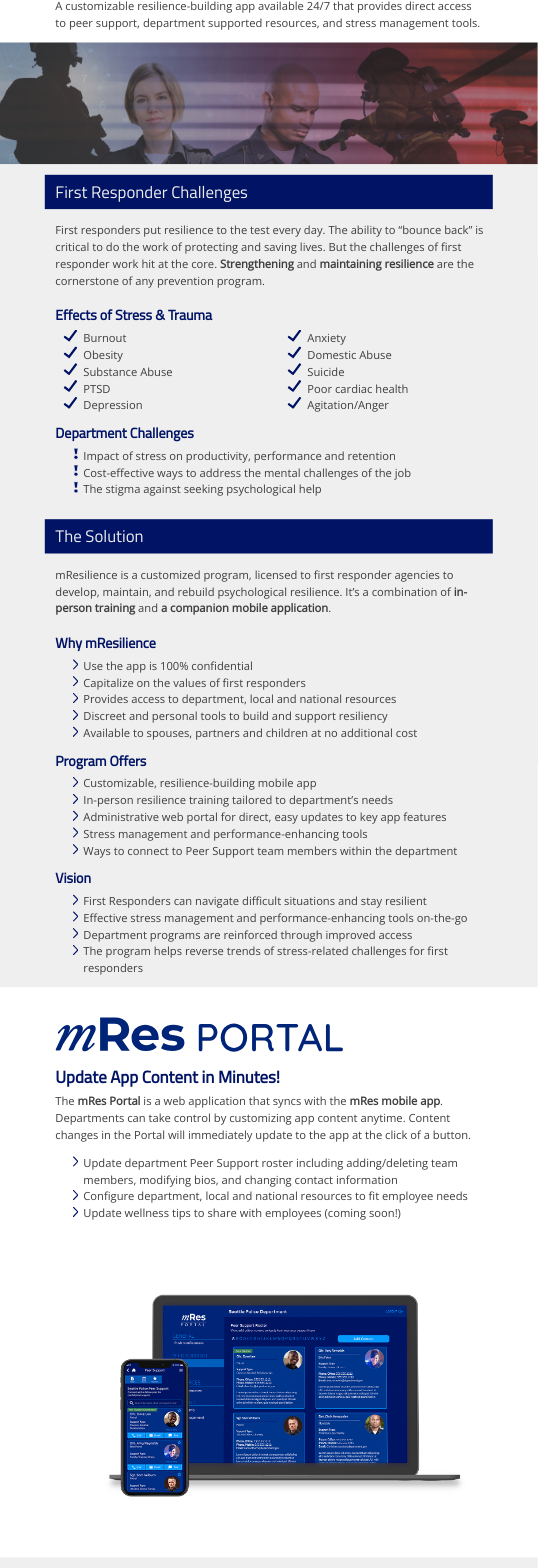
Repository: shenjune/mResilienceWebsite
Page: index.html
An editor plug-in stored every save of this project. The page is shown before and after the next save, followed by the edit.
The browser window is 768 px wide. The pictures show the part of the page from y = 724 to 2964 px (the page is 4104 px tall before and 4080 px after), at 70% of full size.
Some web libraries are served in a nearby version.

Above is the page before, as saved 2019-11-17 16:55:29.

### index.html
<!doctype html>
<html lang="en">

<head>
	<title>TIAG mResilience</title>
	<!-- Required meta tags -->
	<meta charset="utf-8">
	<meta name="viewport" content="width=device-width, initial-scale=1, shrink-to-fit=no">

	<!-- NOTE: moved reset to before all other stylesheets -->
	<link rel="reset" href="./Assets/reset.css">

	<!-- Google Fonts -->
	<link href="https://fonts.googleapis.com/css?family=Titillium+Web&display=swap" rel="stylesheet">
	<link href="https://fonts.googleapis.com/css?family=Open+Sans&display=swap" rel="stylesheet">

	<!-- Bootstrap CSS -->
	<link rel="stylesheet" href="https://stackpath.bootstrapcdn.com/bootstrap/4.3.1/css/bootstrap.min.css" integrity="sha384-ggOyR0iXCbMQv3Xipma34MD+dH/1fQ784/j6cY/iJTQUOhcWr7x9JvoRxT2MZw1T" crossorigin="anonymous">

	<!-- Font Awesome CSS Icons (For cool glyphicons) -->
	<link rel="stylesheet" href="https://maxcdn.bootstrapcdn.com/font-awesome/4.5.0/css/font-awesome.min.css" />

	<!-- CSS Stylesheet -->
	<!-- NOTE: removed `media="screen"` attribute below since there's only one custom stylesheet -->
	<link rel="stylesheet" href="./Assets/style.css"/>

</head>

<body>
<!-- 01 Nav -->

	<nav class="navbar navbar-expand-lg nav-bg-color navbar-light navbar-default">
		<a class="navbar-brand" href="#">
			<img class="img-fluid" src="Assets/Images/mResFullLogo1.svg" alt="mResilience Logo" class="img-fluid">
		</a>
		<button class="navbar-toggler ml-auto" type="button" data-toggle="collapse" data-target="#navbarSupportedContent" aria-controls="navbarSupportedContent" aria-expanded="false" aria-label="Toggle navigation">
			<span class="navbar-toggler-icon"></span>
		</button>

		<!--Start of NavBar links-->
		<section class="collapse navbar-collapse titillium-font" id="navbarSupportedContent">
			<ul class="navbar-nav ml-auto">
			<!--NavBar Main Link-->
				<li class="nav-item">
					<a class="nav-link" href="#main">
						<span class="secondFont">Main</span>
						<span class="sr-only">(current)</span>
					</a>
				</li>
				<!--NavBar Why Link-->
				<li class="nav-item">
					<a class="nav-link" href="#why">
						<span class="secondFont">The Why</span>
					</a>
				</li>
				<!--NavBar Features Link-->
				<li class="nav-item">
					<a class="nav-link" href="#portal-section">
						<span class="secondFont">Features</span>
					</a>
				</li>
				<!--NavBar Contact Link-->
				<li class="nav-item">
					<a class="nav-link" href="#back-form">
						<span class="secondFont">Contact</span>
					</a>
				</li>
				<!--NavBar About Link-->
				<li class="nav-item">
					<a class="nav-link" href="#about">
						<span class="secondFont">About</span></a>
				</li>
				<!--NavBar Facebook Link-->
				<li class="nav-item" id="nav-fb">
					<a href="https://www.facebook.com/mresilience/" target="_blank" class="nav-link">
						<img class="img-fluid"src="Assets/Images/Facebook.svg" alt="facebook logo">
					</a>
				</li>
				<!--NavBar TIAG Link to www.tiag.net-->
				<li class="nav-item" id="nav-tiag">
					<a href="http://tiag.net" target="_blank" class="nav-link">
						<img class="img-fluid" src="Assets/Images/TIAGlogo.svg" height="25Spx" alt="TIAG logo">
					</a>
				</li>
			</ul>
		</section>
	</nav>

	<!-- 02 Main (Splash section) -->
	<section id="splash">
		<section class="row" id="splash-row1">
			<section class="col-lg-7 ml-auto col-sm-12">
				<img class= "img-fluid" src="Assets/Images/01MainPhone.png" id="mainPhone">
			</section>
			<section class="col-lg-5 ml-auto ">
				<!-- Beginning header image and opening paragraph -->
				<img class= "img-fluid" src="Assets/Images/mResLogo.svg" alt="mResLogo" id="mResLogo">
				<h2 class="leadInHeading">
					Mobile App for First Responders
				</h2>
				<p id="leadText">A customizable resilience-building app available 24/7 that provides direct access to peer support, department supported resources, and stress management tools.</p>
			</section>
		</section>
		<section class="row" id="mainBottomImage">
			<img class= "img-fluid" src="Assets/Images/02MainFooterImage.png" id="mainBottomImage" alt="first responders">
		</section>
	</section>

	<main>
		<!-- 03 The Why -->
		<section id="why" class="row">
			<section class="col-12" id="3A">
				<!-- 03A: First Responder Challenges section-->
				<section class="row" id="challengesHeader">
					<h2 class="invert">First Responder Challenges</h2>
				</section>

				<!-- 03A: First Responder Challenges text -->
				<section class="row" id="challengeStatement">
					<p class="whyStatements">First responders put resilience to the test every day. The ability to “bounce back” is critical to do the work of protecting and saving lives. But the challenges of first responder work hit at the core. <strong>Strengthening</strong> and <strong>maintaining resilience</strong> are the cornerstone of any prevention program.</p>
				</section>

				<!-- 03A: Bullet Points -->
				<section class="row" id="titles">
					<!-- STRESS SECTION -->
					<section class="col-lg-6 col-sm-12" id="stressSubHeader">
						<h3 class= "secondFont">Effects of Stress & Trauma</h3>
						<!-- STRESS PTS -->
						<section class="row">
						<!-- STRESS BULLET POINTS I-->
							<section class="col-6" >
								<ul class="checkBullets">
									<li>Burnout</li>
									<li>Obesity</li>
									<li>Substance Abuse</li>
									<li>PTSD</li>
									<li>Depression</li>
								</ul>
							</section>
					<!-- STRESS BULLET POINTS PT II-->
							<section class="col-6" >
								<ul class="checkBullets">
									<li>Anxiety</li>
									<li>Domestic Abuse</li>
									<li>Suicide</li>
									<li>Poor cardiac health</li>
									<li>Agitation/Anger</li>
								</ul>
							</section>
						</section>
					</section>

					<!-- DEPARTMENT SECTION -->
					<section class="col-lg-6 col-sm-12" id="challengesSubHeader">
						<h4 class= "secondFont">Department Challenges</h4>
						<section class="row">
						<!-- DEPARTMENT PTS -->
							<section class="col-12" id="challengebullets">
								<ul class= "exPt">
									<li>Impact of stress on productivity, performance and retention</li>
									<li>Cost-effective ways to address the mental challenges of the job</li>
									<li>The stigma against seeking psychological help</li>
								</ul>
							</section>
						</section>
					</section>
				</section>
			</section>

			<!--03B: The Solution Section-->
			<section class="col-12 greyBackground" id="solutionSection">
				<!-- Solution Title -->
				<section class="row" id="solutionHeader">
					<h4 class="invert">The Solution</h4>
				</section>

				<!-- Solution Statement -->
				<section class="row" id="solutionStatement">
					<p class="whyStatements">mResilience is a customized program, licensed to first responder agencies to develop, maintain, and rebuild psychological resilience. It’s a combination of <strong>in-person training</strong> and <strong>a companion mobile application</strong>.</p>
				</section>

				<!-- Solution Bullet Points -->
				<section class="row" id="titles2">
					<section class="col-lg-6 ml-auto col-sm-12" id="whymResSubHeader">
						<h4 class="secondFont">Why mResilience</h4>
						<ul class="arrow" id="whyBullets">
							<li>Use the app is 100% confidential</li>
							<li>Capitalize on the values of first responders</li>
							<li>Provides access to department, local and national resources</li>
							<li>Discreet and personal tools to build and support resiliency</li>
							<li>Available to spouses, partners and children at no additional cost</li>

						</ul>
					</section>

				<!-- <section id="programOffers"> -->
					<section class="col-lg-6 ml-auto col-sm-12" id="programSubHeader">
						<h4 class="secondFont">Program Offers</h4>
						<ul class="arrow" id="offerBullets">
							<li>Customizable, resilience-building mobile app</li>
							<li>In-person resilience training tailored to department’s needs</li>
							<li>Administrative web portal for direct, easy updates to key app features</li>
							<li>Stress management and performance-enhancing tools</li>
							<li>Ways to connect to Peer Support team members within the department</li>
						</ul>
					</section>
				</section>

				<!-- Vision Bullet Points -->
				<!-- need to add align left to this section -->
				<section class="row">
					<section class="col-lg-6 col-sm-12" id="visionSubheader">
						<h4 class="secondFont">Vision</h4>
						<ul class="arrow">
							<li>First Responders can navigate difficult situations and stay resilient</li>
							<li>Effective stress management and performance-enhancing tools on-the-go</li>
							<li>Department programs are reinforced through improved access</li>
							<li>The program helps reverse trends of stress-related challenges for first responders</li>
						</ul>
					</section>
				</section>
			</section>
		</section>

		<!-- 04 PORTAL section -->
		<section id="portal-section" class="row">
			<!-- section for the portal text -->
			<section class="col-lg-6 ml-auto col-sm-12">
				<img class="img-fluid" id="portallogo" src="Assets/Images/portallogo2.svg"  alt="mResLogo">
				<h2 class= "leadInHeading">Update App Content in Minutes!</h2>
				<p class="portalP">The <strong>mRes Portal</strong> is a web application that syncs with the <strong>mRes mobile app</strong>. Departments can take control by customizing app content anytime. Content changes in the Portal will immediately update to the app at the click of a button.</p>

				<ul class="arrow">
					<li>Update department Peer Support roster including adding/deleting team members, modifying bios, and changing contact information</li>
					<li>Configure department, local and national resources to fit employee needs</li>
					<li>Update wellness tips to share with employees (coming soon!)</li>
				</ul>
			</section>

		<!-- section for the Feature images -->
			<section class="col-lg-6 ml-auto col-sm-12">
				<img class="img-fluid" id='portalImg' src="Assets/Images/portal.png" alt="laptop with mobile app in front of it">
			</section>
		</section>

		<!---- 05 Contact Form ---->
		<section id="contactFormInfo" class="row">
			<section class="col-lg-6 ml-auto col-sm-12" id="contactInfo">
				<h2 class="leadInHeading">Interested in a Demo? Let’s Do It!</h2>
				<p class= "contactFormParagraph">Our team is excited to demonstrate our mobile resilience program and discuss how it may fit your department needs. Please complete the brief contact form and we will reach out to coordinate a time to connect. Feel free to provide any details about your department and any specific needs you would like to discuss.</p>
			</section>

			<form class= "col-lg-6 ml-auto col-sm-12" id="contact-form">
			<!-- INPUT SECTION -->
			<section class="form-group" >
				<!-- Department input -->
				<input type="text" class="form-control input-border" id="user-dept" placeholder="Agency/Department">

				<!-- First name input -->
				<input type="text" class="form-control input-border" id="user-name" placeholder="First Name">

				<!-- Last name input -->
				<input type="text" class="form-control input-border" id="user-last-name" placeholder="Last name">

				<!-- Email input -->
				<input type="email" class="form-control input-border" id="user-email" placeholder="Email">

				<!-- Notes input -->
				<label for="message"></label>
				<textarea class="col-lg-12" id="message" name="message" required="required" placeholder="notes"></textarea>

				<!-- Submit button -->
					<button type="submit" class="btn btn-primary" id="send">submit</button>
				</section>
			</form>
		</section>

		<!--06 About TIAG goes here-->
		<section id="about" class="row">
			<h2 class="leadInHeading">
				<strong>Who are we?</strong>  We build technologies that work.
			</h2>
			<p id ="whoWeAreP">We are a team of innovators. With 20 years’ worth of experience TIAG has developed a leading reputation in researching, designing and developing resilience-based technology products for the military, government and most recently, the first responder communities. Our staff are experts comprising program and project managers, subject matter experts, researchers, designers and developers. Collectively, we bring a comprehensive approach to advising and creating relevant resilience-based technology services, programs and products.</p>
			<h2 class="leadInHeading">
				<strong>Have ideas?</strong> Come innovate with us!
			</h2>
			<p id="haveIdeasP">Our resilience program is just the beginning and is rapidly evolving. Creating first responder-focused resilience solutions does not happen without collaboration with those who protect our communities. Do you have ideas to evaluate resilience? Want to create a digital tool or feature to help your department or agency thrive? We want to work with you.</p>
			<br>
		</section>
	</main>

	<!-- FOOTER FOR THE WEBSITE -->
	<footer class="footer row" id="footer-row">
		<!-- footer conditions in Javascript will reference this section -->
	</footer>

	<!-- Optional JavaScript -->
	<!-- jQuery first, then Popper.js, then Bootstrap JS -->
	<script src="https://code.jquery.com/jquery-3.1.1.min.js"></script>
	<script src="https://cdnjs.cloudflare.com/ajax/libs/twitter-bootstrap/4.0.0/js/bootstrap.bundle.min.js"></script>

	<!-- commented out to make nytimes api work -->
	<!-- <script src="https://code.jquery.com/jquery-3.3.1.slim.min.js" integrity="sha384-q8i/X+965DzO0rT7abK41JStQIAqVgRVzpbzo5smXKp4YfRvH+8abtTE1Pi6jizo" crossorigin="anonymous"></script> -->
	<script src="https://cdnjs.cloudflare.com/ajax/libs/popper.js/1.14.7/umd/popper.min.js" integrity="sha384-UO2eT0CpHqdSJQ6hJty5KVphtPhzWj9WO1clHTMGa3JDZwrnQq4sF86dIHNDz0W1" crossorigin="anonymous"></script>
	<script src="https://stackpath.bootstrapcdn.com/bootstrap/4.3.1/js/bootstrap.min.js" integrity="sha384-JjSmVgyd0p3pXB1rRibZUAYoIIy6OrQ6VrjIEaFf/nJGzIxFDsf4x0xIM+B07jRM" crossorigin="anonymous"></script>

	<!-- script link to send email from contact form to tiag -->
	<script src="https://smtpjs.com/v3/smtp.js"></script>
	<script src="./Assets/script.js"></script>

</body>
</html>

### Assets/style.css
/* BODY */

body {
    /*  APPLIES OPEN SANS WITH GREY COLOR TO WHOLE PAGE */
    /*  Desired effect is making all text the grey and sans */
    font-family: 'Open Sans', sans-serif;
    color: #3e3e3e;
    width: 100%;
    font-weight: normal;
}

/*  CLASS FOR TITILLIUM FONT WITH BLUE COLOR */


/*for sub-headings under each page section*/
.leadInHeading {
    font-family: 'Titillium Web', sans-serif;
    color: #001365;
    font-weight: bold;
    margin-top: 20px;
    font-size: 1.5rem;
}

/*  CLASS FOR INVERTED HEADER */

.invert {
    margin-top: 15px;
    font-family: 'Titillium Web', sans-serif;
    color: #eeeeee;
    background-color: #001365;
    padding: 10px 10px 10px 15px;
    width: 100%;
    font-size: 1.5rem;
}

/* 01 Nav */

/*scroll-behavior animation for Chrome and FoxFire*/
html {
    scroll-behavior: smooth;
}


nav {
    background-color: #efefef;
    border-bottom: 2px solid #001365;
    top: 0;
    width: 100%;
    z-index: 1;
    display: flex;
    align-items: center;
    padding: .5rem 1rem;
}

.navbar {
    position: fixed;
}

.nav-link {
    margin-right: 15px;
    padding: 5px;
    margin-top: 0px;
    align-items: center;
    justify-content: center;
}

.nav-link span:hover {
    font-family: 'Titillium Web', sans-serif;
    color: #eeeeee;
    background-color: #001365;
    }


/* 02 Main Section * (Splash section)*/

#splash {
    margin-top: 5rem;
}

#splash-row1 {
    padding: 0 4rem;
    margin: 0 auto;
}

#splash.row{
    margin-top: 8%;
}

#mainPhone {
    width: 100%;
}
#mResLogo {
    margin-top: 4rem;
}

#mainBottomImage {
    width: 100%;
    height: auto;
    margin: 0 auto;
    position: relative;
    top: 0;
    bottom:0;
    z-index: -1;
}

/* .leadInHeading also the subheading under the mRes Portal image*/
.leadInHeading {
    font-family: 'Titillium Web', sans-serif;
    color: #001365;
    font-weight: bold;
    margin-top: 20px;
    font-size: 1.5rem;
}
/* White mResilience Logo that overlays on the people picture under the mobile app image in 02. Main section*/
/*div img#whiteLogo {
    margin: 10% 35%;
    position: absolute;
} */

/* 03 The Why Section */

#why {
    background:#efefef;
    padding: 0 4rem;
    margin: 0 auto;
}


.whyStatements {
    padding: 10px 10px 10px 15px;
}

.secondFont {
    font-size: 1.25rem;
    font-family: 'Titillium Web', sans-serif;
    color: #001365;
    font-weight: bold;
}

.checkBullets {
    list-style-image: url('Images/02checkmark.svg');
}

.exPt {
    list-style-image: url('Images/02exclamation.svg');
}

.arrow {
    list-style-image: url('Images/02arrow.svg');
}

/* 04 Portal Section*/

#portallogo {
    height: 15%;
    margin-top: 10px;

}

#portal-section {
    color:#3e3e3e;
    background:white;
    width:100%;
    padding: 2rem 4rem;
    margin: 0 auto;
}

#portalImg {
    width:auto;
    height:auto;
    padding: 1rem;
    margin: 1.5rem;
}

/* 05 contact form */


#contactFormInfo {
    background:#efefef;
    padding: 2rem 4rem;
    margin: 0 auto;
}



/* 05 Contact form border & background color by ID */



.input-row {
    margin-top:10px;
    margin-bottom:10px;
}

#user-dept {
    background:#efefef;
}

#user-name {
    background:#efefef;
}

#user-last-name {
    background:#efefef;
}

#user-email {
    background:#efefef;
}

#message{
    border-radius: 8px;
    height: 8em;
    border: 1.5px solid #001365;
    background:#efefef;
}

.input-border {
    border-style: none;
    border-bottom: 1.5px solid #001365;
    margin-bottom: .20em;
}

#send{
    width: 100%;
    margin: 1px;
    background-color: #001365;
    border-radius:8px;
}

#send:hover{
    background-color: #EFEFEF;
    color:#001365;
}

/*About*/

#about {
    padding: 2rem 4rem;
    margin: 0 auto;
}

/*Footer*/
.footer {
    border-top: 2px solid #001365;
    padding: 10px;
    bottom: 0;
    width: 100%;
    background: #efefef;
    text-align: center;
    color: #001365;
    margin: 0 auto;
}

.pFooter {
    font-size: 12px;
    margin: 0px;
    line-height: 1.5em;
}

.footerImage {
    padding: 10px;
    /* margin-left: auto;
    margin-right: auto; */
}

h3 {
    color: #001365;
}



@media only screen and (max-width: 768px) {

    #mainPhone {
        min-width: 25rem;
        height: auto;
    }

};

Loaded but not shown: Assets/script.js (no stored copy; drawn as an empty file)

After the next save:
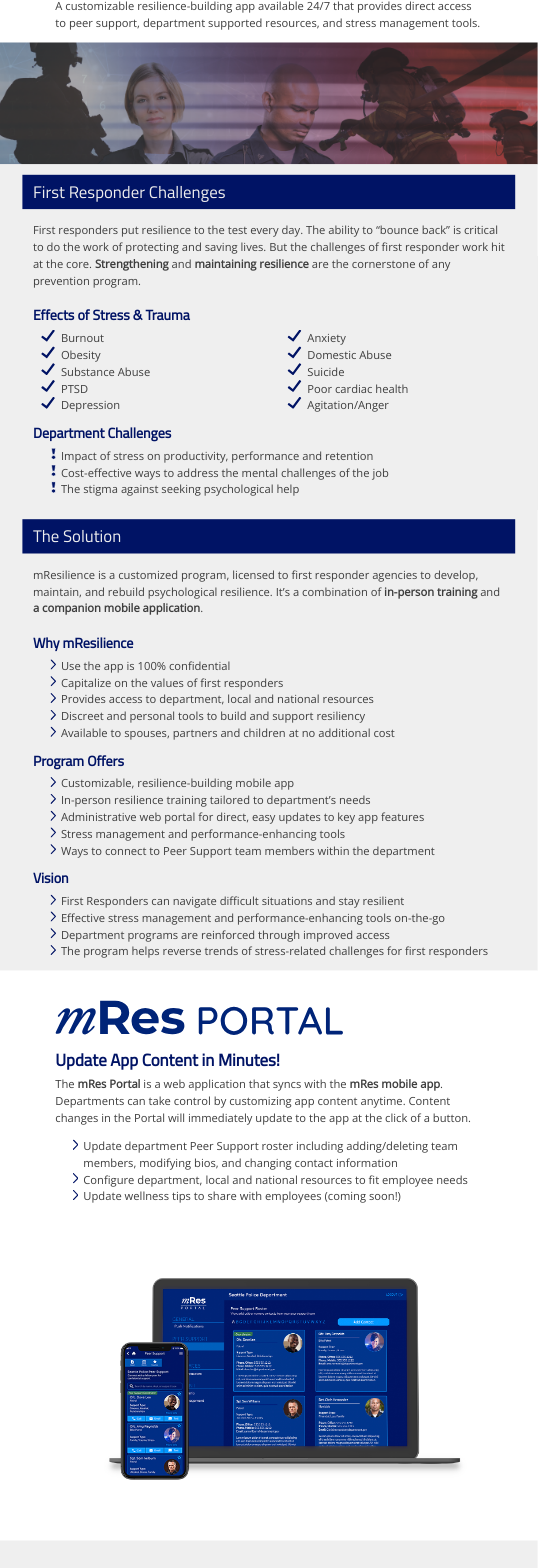
Saved 25 s later.
--- a/Assets/style.css
+++ b/Assets/style.css
@@ -277,4 +277,8 @@
         height: auto;
     }
 
+    #why {
+        padding: 0 2rem;
+    }
+
 };
